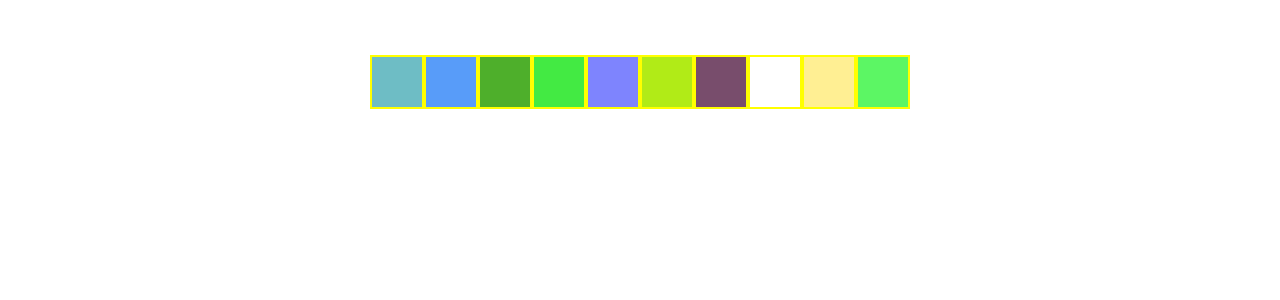
Repository: batonAnton/cursor_hw_10
Page: index.html
The author's editor kept a copy of each file at every save. The page is drawn from the files as they stood at one save, then again after the next save.
The browser window is 1280 px wide. The pictures show the whole page.

Above is the page before, as saved 2023-01-31 14:03:36.

### index.html
<!DOCTYPE html>
<html lang="en">
<head>
    <meta charset="UTF-8">
    <meta http-equiv="X-UA-Compatible" content="IE=edge">
    <meta name="viewport" content="width=device-width, initial-scale=1.0">
    <title>DOM</title>
    <link rel="stylesheet" href="./css/style.css">
</head>
<body>
    <div class="wrapper">
        <div class="container">
            <div class="row"></div>



            </div>
            <!-- <div id="myDiv" class="box"></div> -->

            </div>
    </div>

    <script src="/index.js"></script>
</body>
</html>

### css/style.css
.wrapper{
    margin: 50px auto;
}
.container{
    display: flex;
    justify-content: center;

}
.box{
    width: 50px;
    height: 50px;
    /* background-color: #FA8072; */
    margin: 5px 0;
    border: 2px solid yellow;
}

.row{
    display: flex;
    justify-content: center;
}

### index.js
const row = document.querySelector(".row");

function generateBlocks(){
    // for(let i = 0; i < 5; i++){
        for(let i = 0; i < 10; i++){
            const div = document.createElement("div");
            div.style.backgroundColor = "#" + Math.floor(Math.random()*16777215).toString(16);
            div.classList.add("box");
            row.prepend(div);


        }
}
// }

generateBlocks();
// function changeBackGround() {
//     const randomColor = Math.floor(Math.random()*16777215).toString(16);
//      document.getElementById("myDiv").style.backgroundColor = "#" + randomColor;
//     console.log(block);

// }
// // }

// generateBlocks();

// function generateBlocksInterval(){
//     const randomColor = Math.floor(Math.random()*16777215).toString(16);
//     const element = document.querySelectorAll("div")
//     myDiv.style.backgroundColor = "#" + randomColor;
//     myDiv.innerHTML = "#" + randomColor;
// }

// generateBlocksInterval();

After the next save:
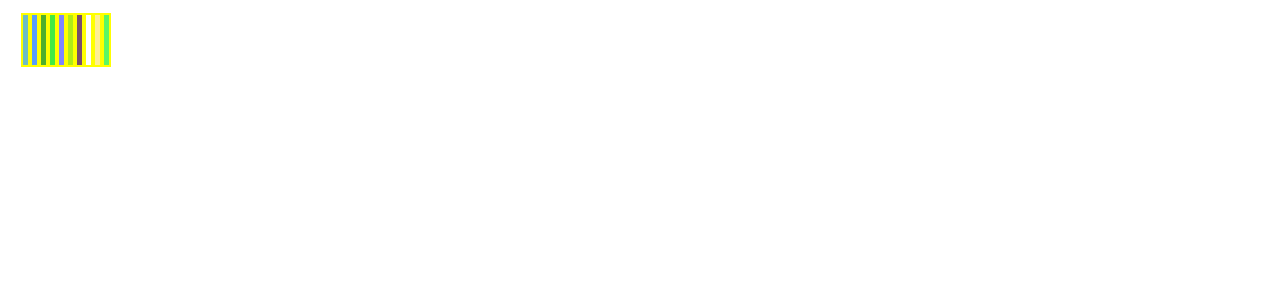
Saved 6 min 4 s later.
--- a/css/style.css
+++ b/css/style.css
@@ -1,6 +1,6 @@
-.wrapper{
+/* .wrapper{
     margin: 50px auto;
-}
+} */
 .container{
     display: flex;
     justify-content: center;
@@ -18,3 +18,17 @@
     display: flex;
     justify-content: center;
 }
+
+.container {
+    display: grid;
+            grid-template-columns: repeat(5, 90px);
+            grid-auto-rows: 50px;
+            grid-gap: 10px;
+            width: 516px;
+  }
+  .div  {
+    width: 90px;
+    flex: 0 0 50px;
+    margin: 5px;
+    background-color: red;
+  }
